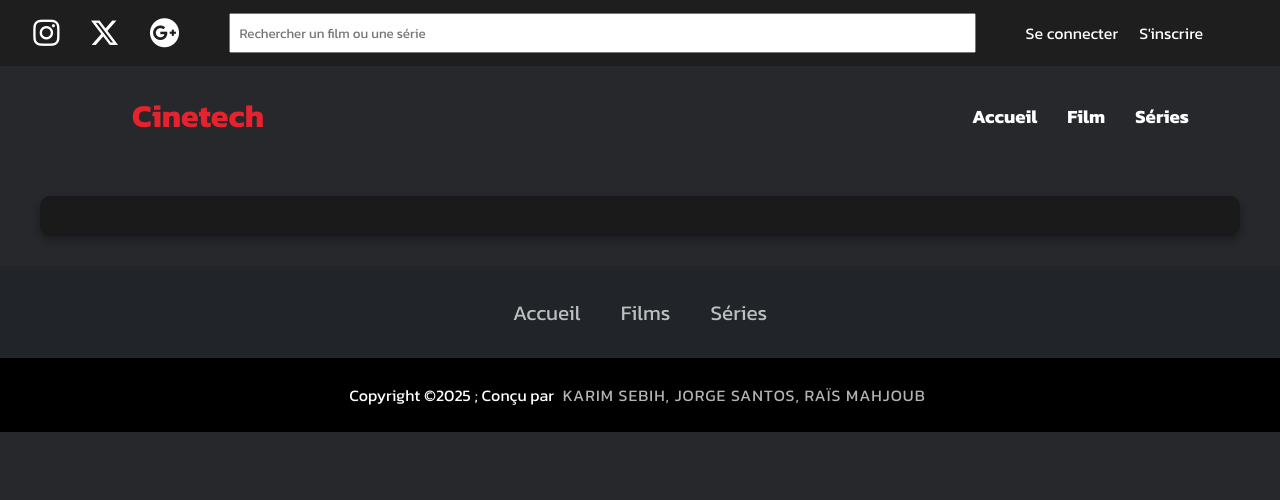
Repository: karim-sebih/cinetech
Page: pages/detail.html
These files come from the project's save history. The page is drawn as it stood at one moment and after a run of saves; the edit follows.
The browser window is 1280 px wide. The pictures show the whole page.
Some web libraries are served in a nearby version.

Above is the page before, as saved 2025-04-24 09:21:58.
Console error: SyntaxError: Cannot use import statement outside a module

After the next 7 saves:
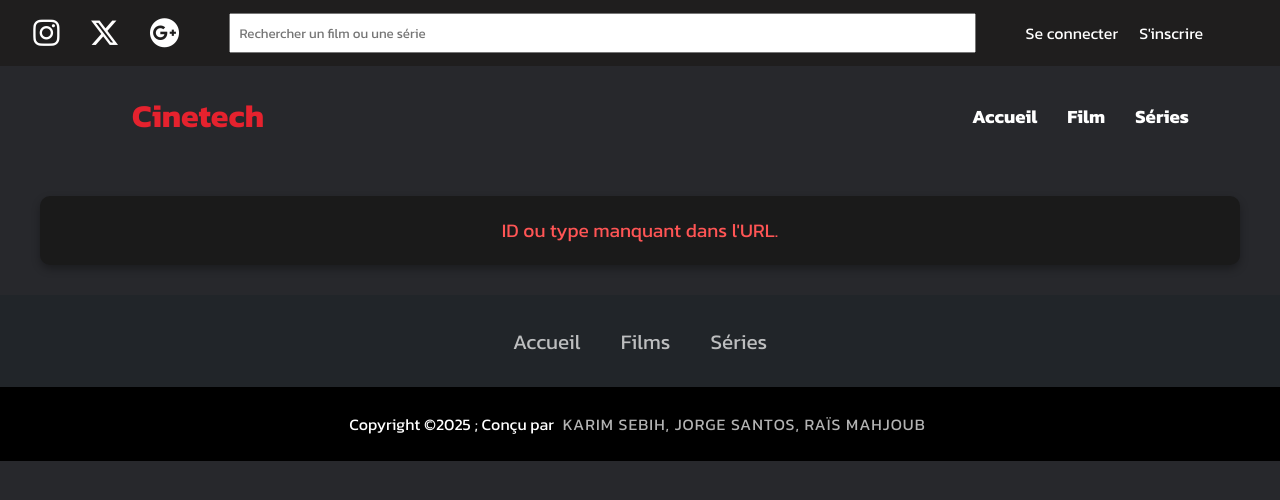
The error is gone.
The 7 saves are shown as one change because they came seconds apart.
The last was saved 2 min 37 s later.
--- a/pages/detail.html
+++ b/pages/detail.html
@@ -68,6 +68,6 @@
         </div>
     </footer>
     <script src="../js/searchbar.js" type="module"></script>
-    <script src="../js/detail.js"></script>
+    <script src="../js/detail.js" type="module"></script>
 </body>
 </html>
